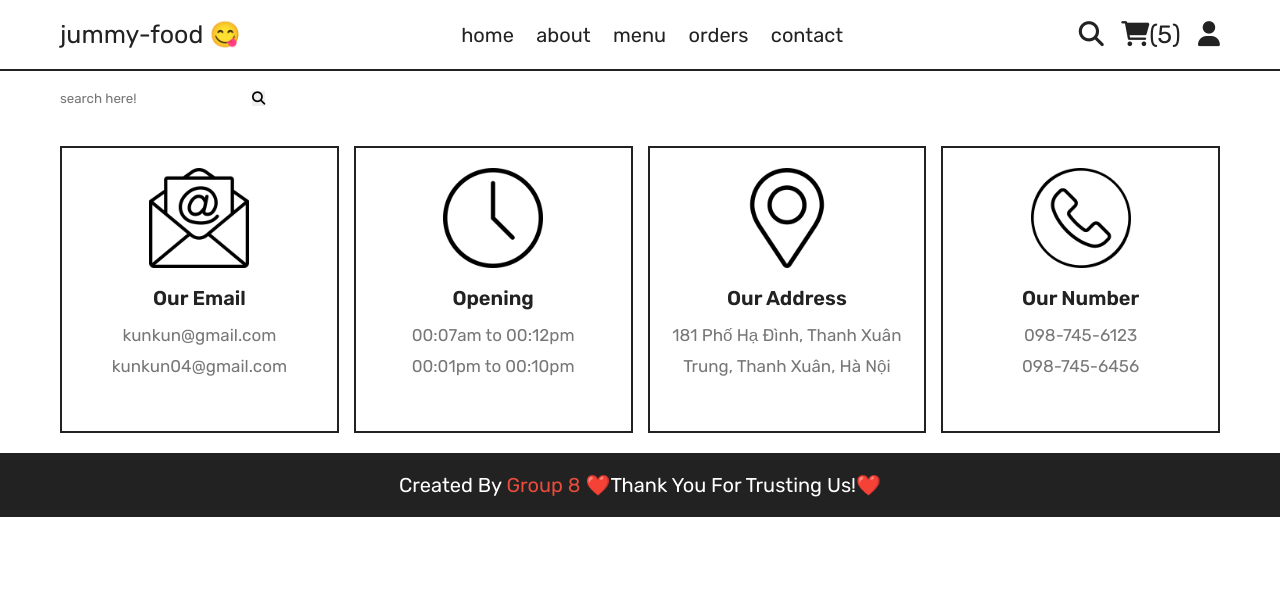
Repository: VuongLinhDinh/jummy_food
Page: search.html
These files come from the project's save history. The page is drawn as it stood at one moment and after the next save; the edit follows.
The browser window is 1280 px wide. The pictures show the whole page.
Some web libraries are served in a nearby version.

Above is the page before, as saved 2023-11-10 00:02:36.

After the next save:
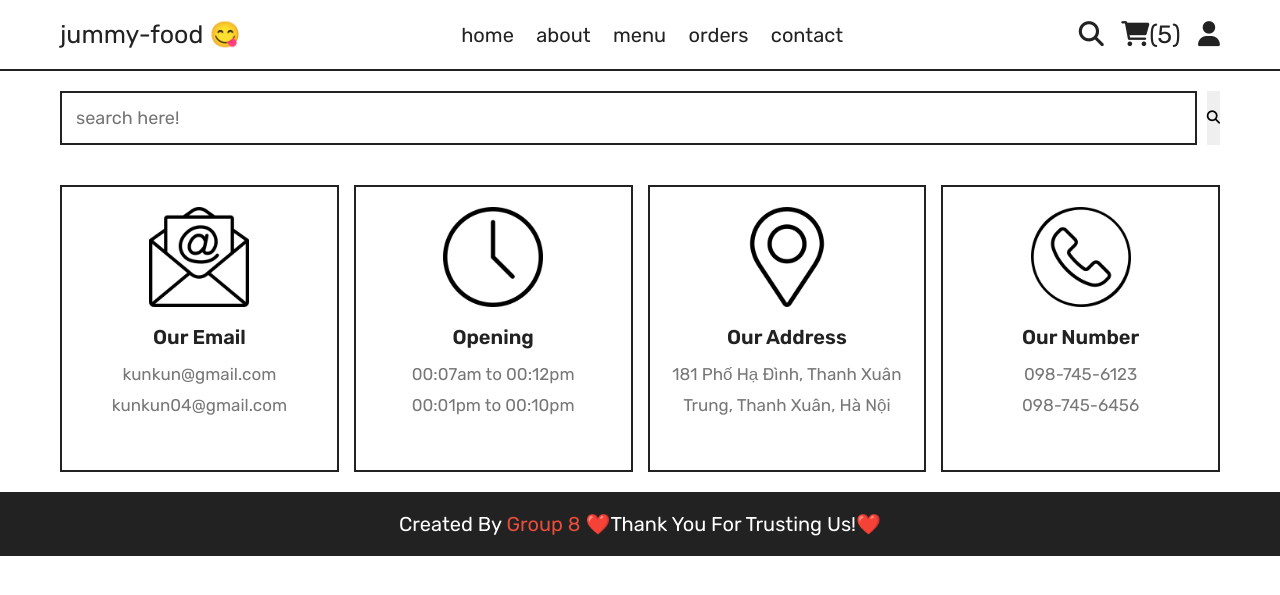
Saved 43 s later.
--- a/css/style.css
+++ b/css/style.css
@@ -456,7 +456,11 @@ section {
     gap: 1rem;
 }
 .search-form form .box {
-
+    width: 100%;
+    border: var(--border);
+    padding: 1.4rem;
+    font-size: 1.8rem;
+    color: var(--black);
 }
 
 
